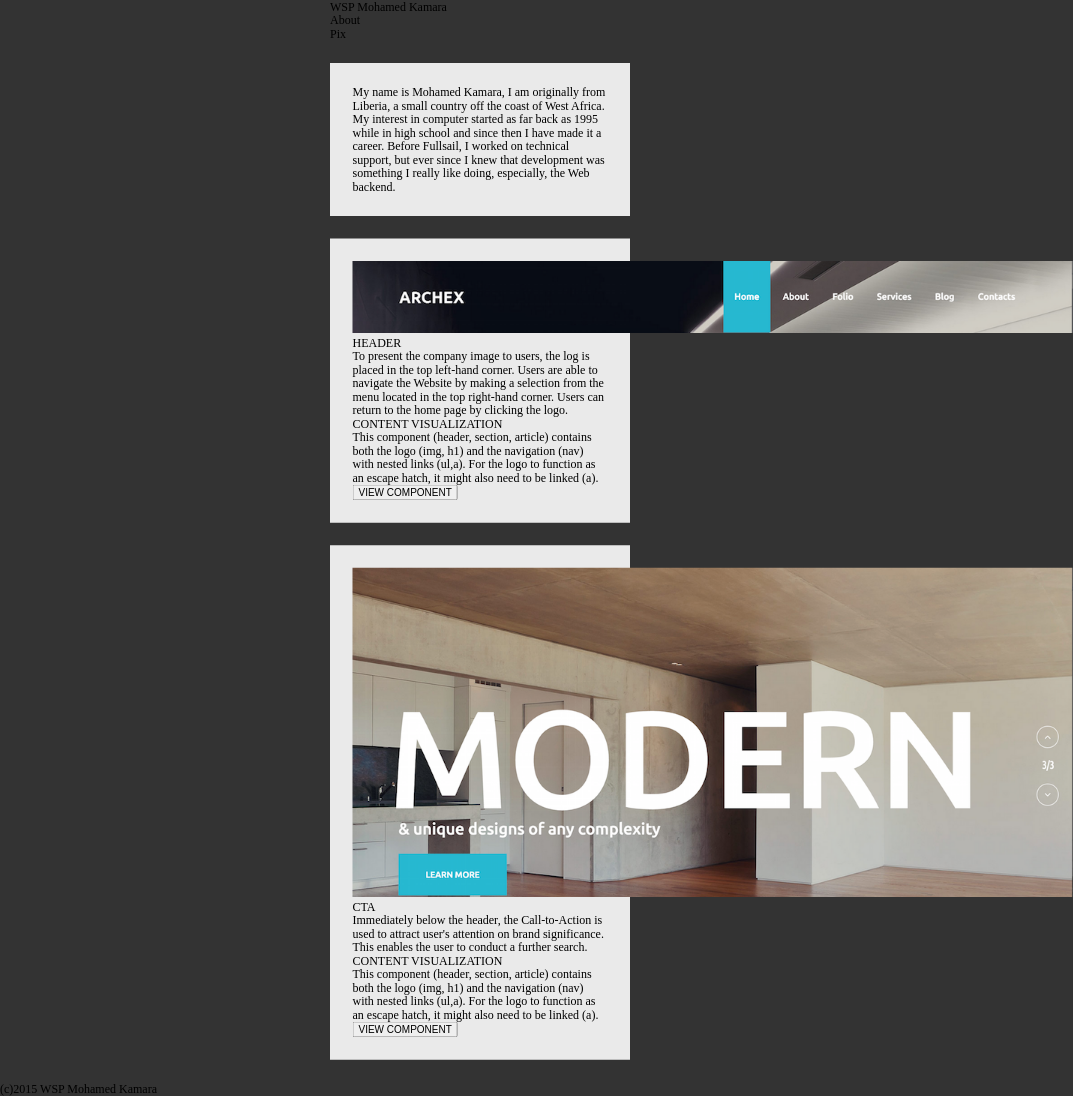
Repository: makamara/WSP_Project
Page: wsp/index.html
These files come from the project's save history. The page is drawn as it stood at one moment and after the next save; the edit follows.
The browser window is 1280 px wide. The page is 1430 px wide, so the pictures cover 1430 px, including what lies to the right of the window. The pictures show the whole page, at 75% of full size.

Above is the page before, as saved 2015-09-15 06:24:24.

### wsp/index.html
<!DOCTYPE html>
<html>
<head>
	<title>WSP: Mohamed Kamara</title>
	<link rel="stylesheet" type="text/css" href="css/reset.css" />
	<link rel="stylesheet" type="text/css" href="css/main.css" />
</head>
<body>


	<!-- Header -->
	<header>
		<h1>WSP Mohamed Kamara</h1>
	</header>

	<!-- About -->
	<section>
		<h1>About</h1>
		<div class="image">Pix</div>
		<article>
		<p>My name is Mohamed Kamara, I am originally from Liberia, a small country off the coast of West Africa. My interest in computer
		started as far back as 1995 while in high school and since then I have made it a career. Before Fullsail, I worked on technical
		support, but ever since I knew that development was something I really like doing, especially, the Web backend.
		</p>
		</article>
	</section>

	<!-- Blog, Components -->
	<section>

		<article>

			<img src="images/header.png" alt="" />
			<h1>HEADER</h1>
			<p>To present the company image to users, the log is placed in the top left-hand corner. Users are able to navigate the Website
			by making a selection from the menu located in the top right-hand corner. Users can return to the home page by clicking the logo.
			</p>
			<h2>CONTENT VISUALIZATION</h2>
			<p>This component (header, section, article) contains both the logo (img, h1) and the navigation (nav) with nested links (ul,a).
			For the logo to function as an escape hatch, it might also need to be linked (a).
			</p>
			<p><button type="button">VIEW COMPONENT</button></p>
		</article>

		<article>
			<img src="images/cta.jpg" alt="" />
			<h1>CTA</h1>
			<p>Immediately below the header, the Call-to-Action is used to attract user's attention on brand significance. This enables the user
				to conduct a further search.
			</p>
			<h2>CONTENT VISUALIZATION</h2>
			<p>This component (header, section, article) contains both the logo (img, h1) and the navigation (nav) with nested links (ul,a).
			For the logo to function as an escape hatch, it might also need to be linked (a).
			</p>
			<p><button type="button">VIEW COMPONENT</button></p>
		</article>

	</section>
<footer>(c)2015 WSP Mohamed Kamara</footer>
</body>
</html>

### wsp/css/reset.css
/* CSS RESET
====================================================================================================
====================================================================================================
*/



html, body, div, main, span, applet, object, iframe,
h1, h2, h3, h4, h5, h6, p, blockquote, pre,
a, abbr, acronym, address, big, cite, code,
del, dfn, em, img, ins, kbd, q, s, samp,
small, strike, strong, sub, sup, tt, var,
b, u, i, center,
dl, dt, dd, ol, ul, li,
fieldset, form, label, legend, input, textarea,
table, caption, tbody, tfoot, thead, tr, th, td,
article, aside, canvas, details, embed,
figure, figcaption, footer, header, hgroup,
menu, nav, output, ruby, section, summary,
time, mark, audio, video,
::before, ::after {

	margin: 0; padding: 0;
	border: 0;
	font-size: 100%;
	font: inherit;
	vertical-align: baseline;
	text-decoration: none;

	box-sizing: border-box;

}

// HTML5 - Older browser support
// ======================================================================
article, aside, details, figcaption, figure,
footer, header, hgroup, menu, nav, section {
	display: block;
}


// BODY
// ======================================================================
body { line-height: 1; }


// LISTS - Clear bullets
// ======================================================================
ol, ul { list-style: none; }


// QUOTES
// ======================================================================
blockquote, q { quotes: none; }
blockquote:before, blockquote:after,
q:before, q:after {
	content: '';
	content: none;
}

// TABLES
// ======================================================================
table {
	border-collapse: collapse;
	border-spacing: 0;
}

### wsp/css/main.css
/* Project CSS
============================================================
============================================================*/
body {
    background: #333333;
}

header, section {
    width: 400px;
    margin: 0 auto;
}


/* HEADER ============================== */

/* ABOUT ============================== */

/* COMPONENTS ============================== */
article {
    background: #eaeaea;
    padding: 30px;
    margin: 30px 0;
}

After the next save:
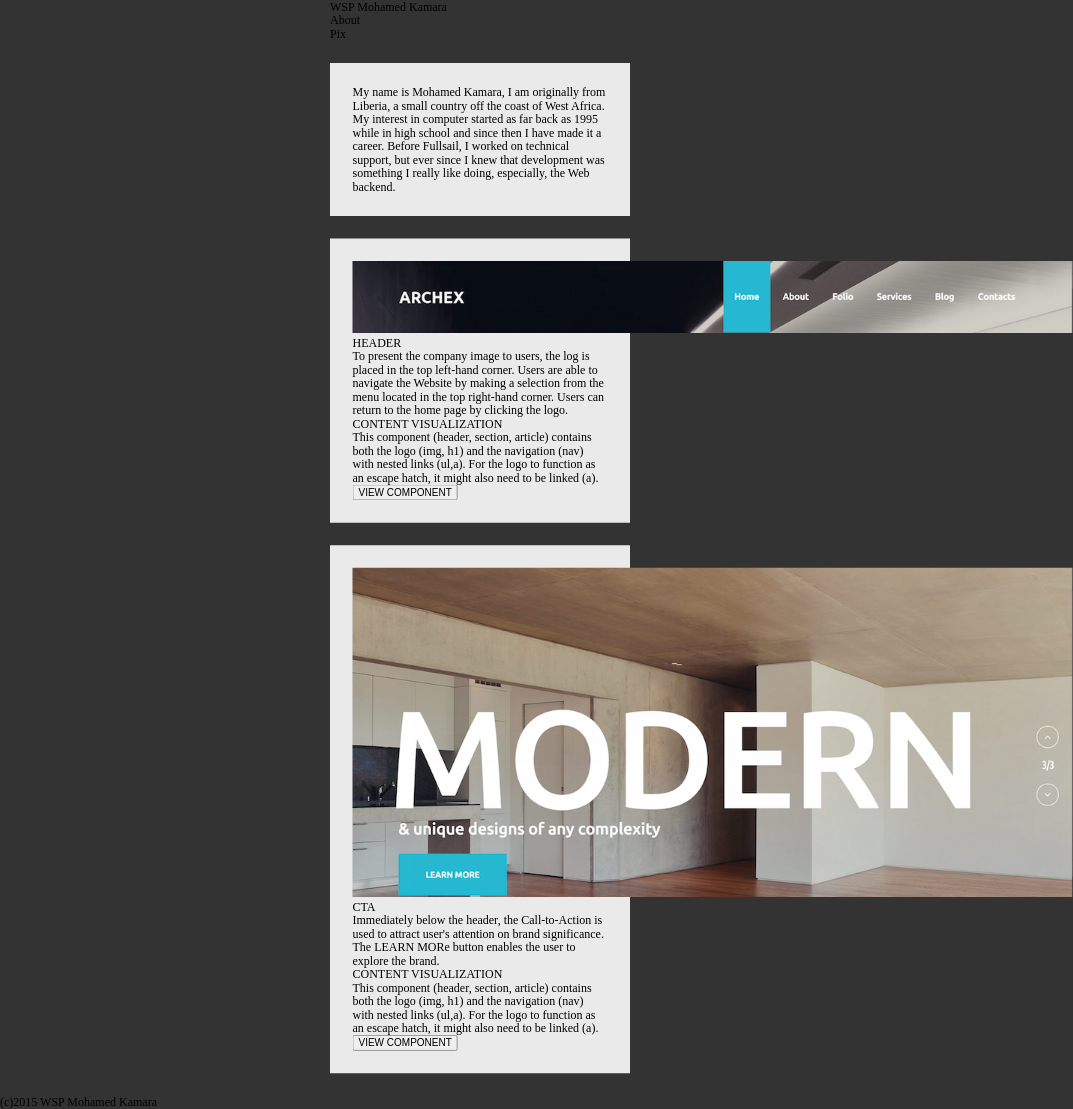
Saved 37 min 37 s later.
--- a/wsp/index.html
+++ b/wsp/index.html
@@ -45,8 +45,8 @@
 		<article>
 			<img src="images/cta.jpg" alt="" />
 			<h1>CTA</h1>
-			<p>Immediately below the header, the Call-to-Action is used to attract user's attention on brand significance. This enables the user
-				to conduct a further search.
+			<p>Immediately below the header, the Call-to-Action is used to attract user's attention on brand significance.
+				The <strong>LEARN MORe</strong> button enables the user to explore the brand.
 			</p>
 			<h2>CONTENT VISUALIZATION</h2>
 			<p>This component (header, section, article) contains both the logo (img, h1) and the navigation (nav) with nested links (ul,a).
